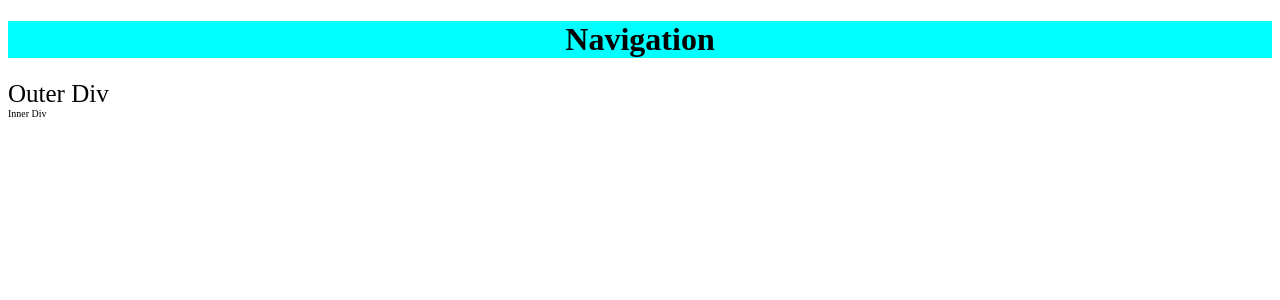
Repository: nihalani20/CSS-by-KG
Page: Practice set/indx.html
These files come from the project's save history. The page is drawn as it stood at one moment and after the next save; the edit follows.
The browser window is 1280 px wide. The pictures show the whole page.

Above is the page before, as saved 2023-11-25 15:32:52.

### Practice set/indx.html
<!DOCTYPE html>
<html lang="en">
<head>
    <meta charset="UTF-8">
    <meta name="viewport" content="width=device-width, initial-scale=1.0">
    <title>Practice set Level 3</title>

    <style>
      .heading{
        text-transform: capitalize;
        text-align: center;
        font-family: 'Times New Roman', Times, serif;
        background-color:aqua
      }
     #outer{
        font-size: 25px;
     }
     #inner{
        font-size: 10px;
     }


    </style>
</head>
<body>
<div id = "heading">
    <h1 class="heading">Navigation</h1>
</div>
    <div id="outer">Outer Div
<div id = "inner"> Inner Div</div>
    </div>
    <i size="40px" class="fa-brands fa-linkedin"></i>
    <i size="40px" class="fa-brands fa-github"></i>

</body>
</html>

After the next save:
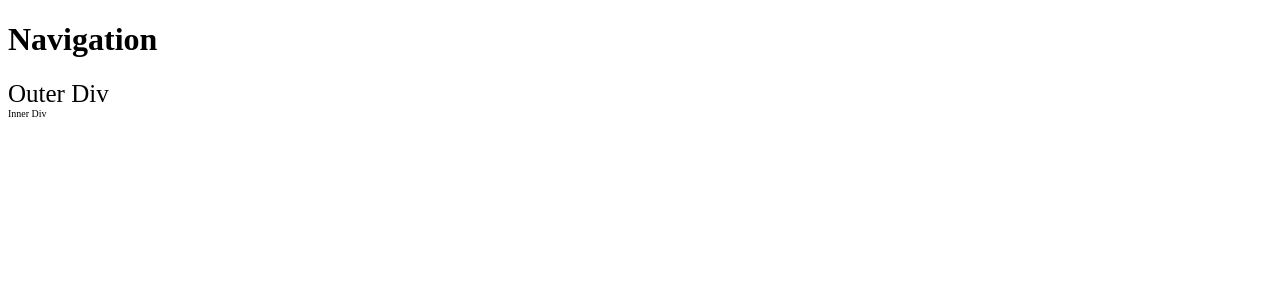
Saved 5 s later.
--- a/Practice set/indx.html
+++ b/Practice set/indx.html
@@ -24,7 +24,7 @@
 </head>
 <body>
 <div id = "heading">
-    <h1 class="heading">Navigation</h1>
+    <h1 class=>Navigation</h1>
 </div>
     <div id="outer">Outer Div
 <div id = "inner"> Inner Div</div>

After the 2 saves that followed:
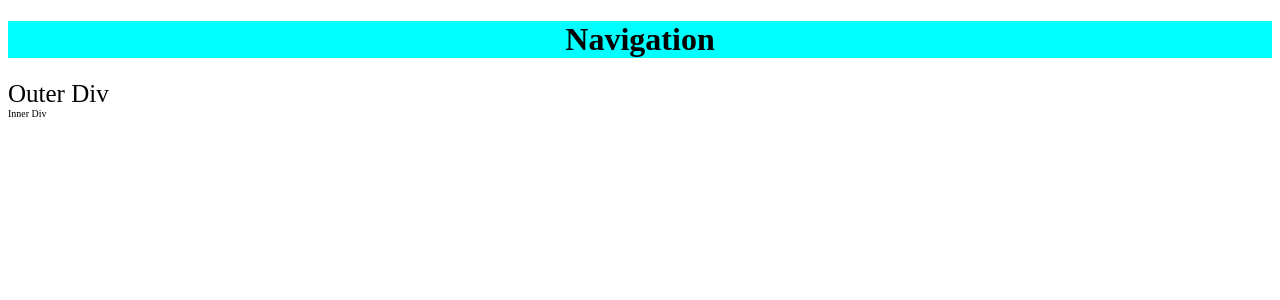
The 2 saves are shown as one change because 1 left the picture as it was.
The last was saved 11 s later.
--- a/Practice set/indx.html
+++ b/Practice set/indx.html
@@ -6,7 +6,7 @@
     <title>Practice set Level 3</title>
 
     <style>
-      .heading{
+      #heading{
         text-transform: capitalize;
         text-align: center;
         font-family: 'Times New Roman', Times, serif;
@@ -24,7 +24,7 @@
 </head>
 <body>
 <div id = "heading">
-    <h1 class=>Navigation</h1>
+    <h1>Navigation</h1>
 </div>
     <div id="outer">Outer Div
 <div id = "inner"> Inner Div</div>
